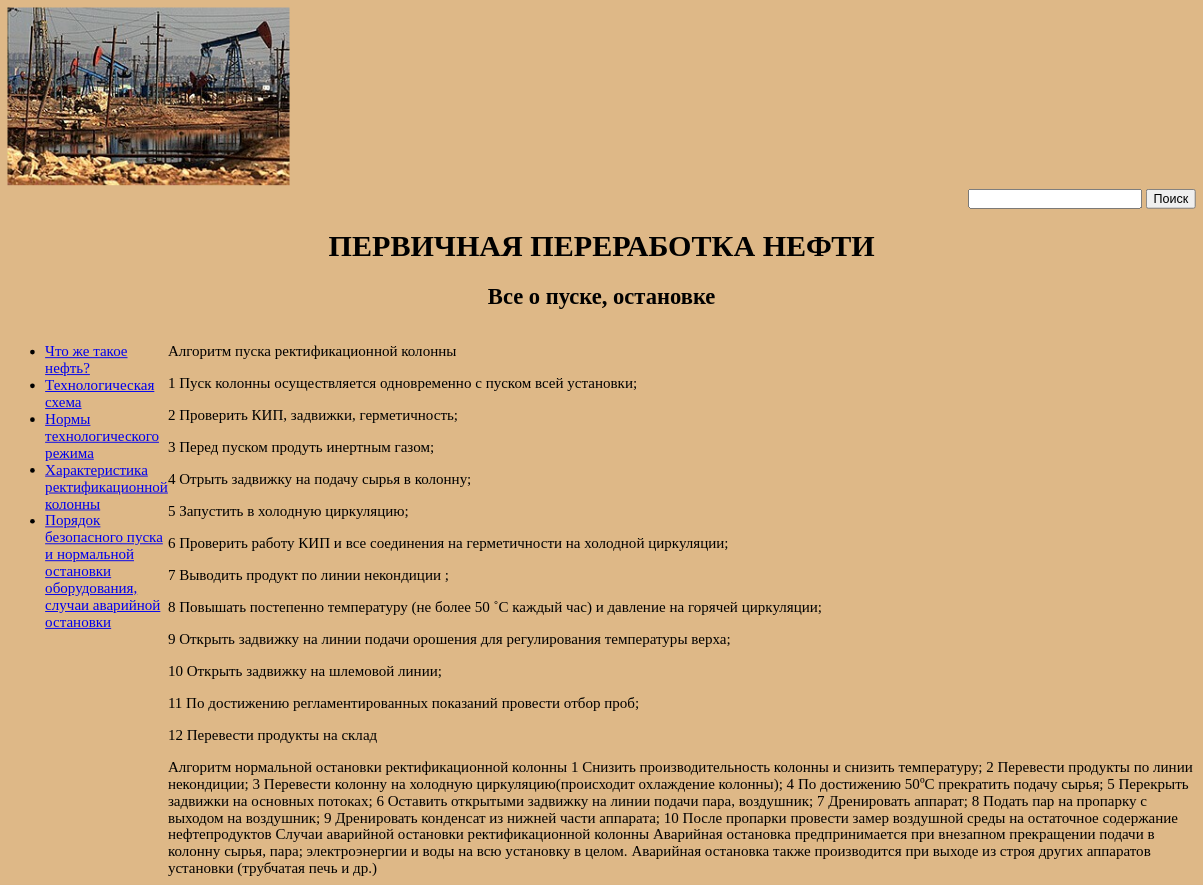
Repository: NastyaSeleznev/NastyaSeleznev.githab.io
Page: week1/por.html
The author's editor kept a record of every edit. The page is drawn from the files as they stood at one moment, then again after the next edit.
The browser window is 1280 px wide. The pictures show the whole page, at 94% of full size.

Above is the page before.

After the next edit:
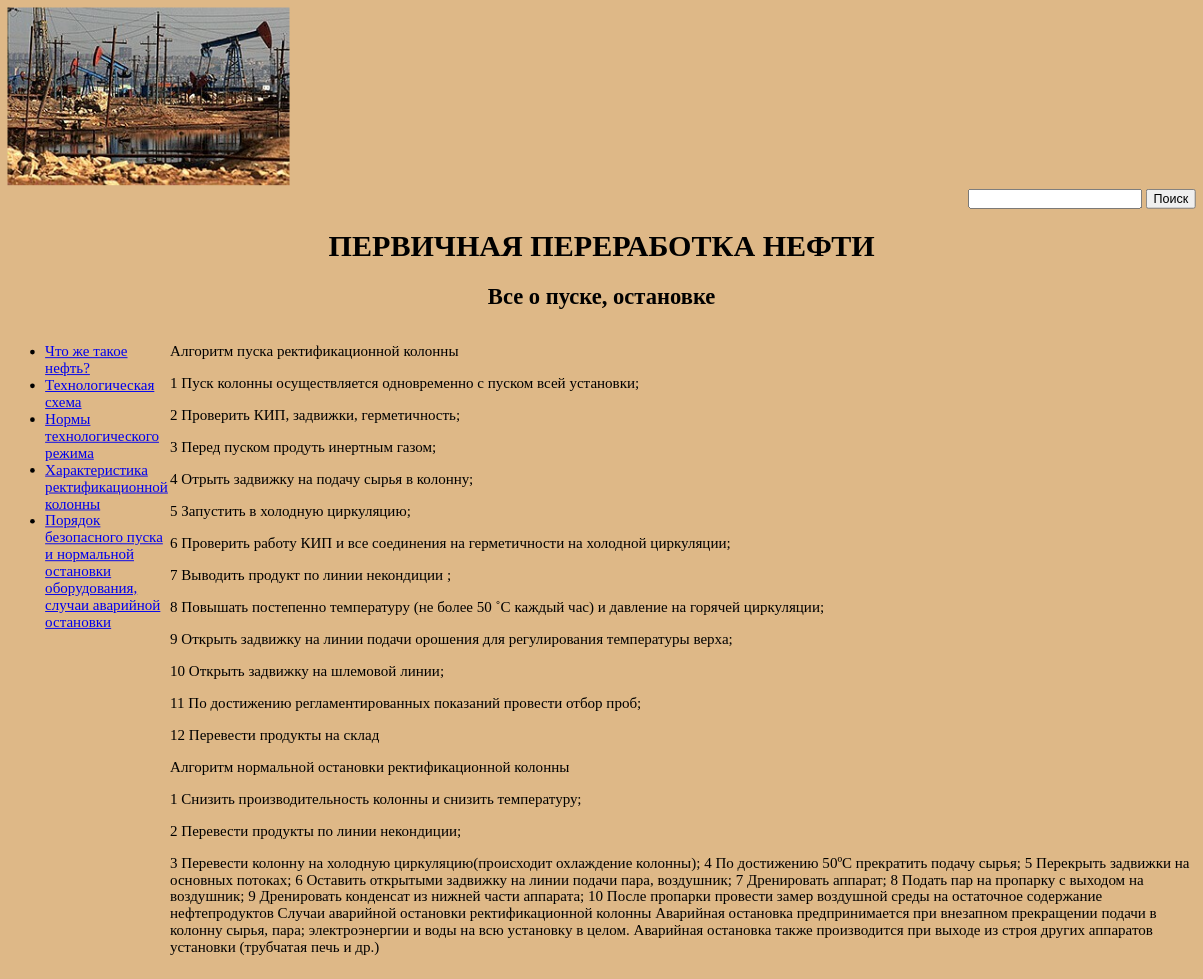
The edit:
--- a/week1/por.html
+++ b/week1/por.html
@@ -41,9 +41,9 @@
 <p>11	 По достижению регламентированных показаний провести отбор проб;
 <p>12	 Перевести продукты на склад</p>
 Алгоритм нормальной остановки ректификационной колонны
-1	Снизить производительность колонны и снизить температуру;
-2	Перевести продукты по линии некондиции;
-3	Перевести колонну на холодную циркуляцию(происходит охлаждение
+<p>1	Снизить производительность колонны и снизить температуру;
+<p>2	Перевести продукты по линии некондиции;
+<p>3	Перевести колонну на холодную циркуляцию(происходит охлаждение
 колонны);
 4	По достижению 50ºС прекратить подачу сырья;
 5	Перекрыть задвижки на основных потоках;
